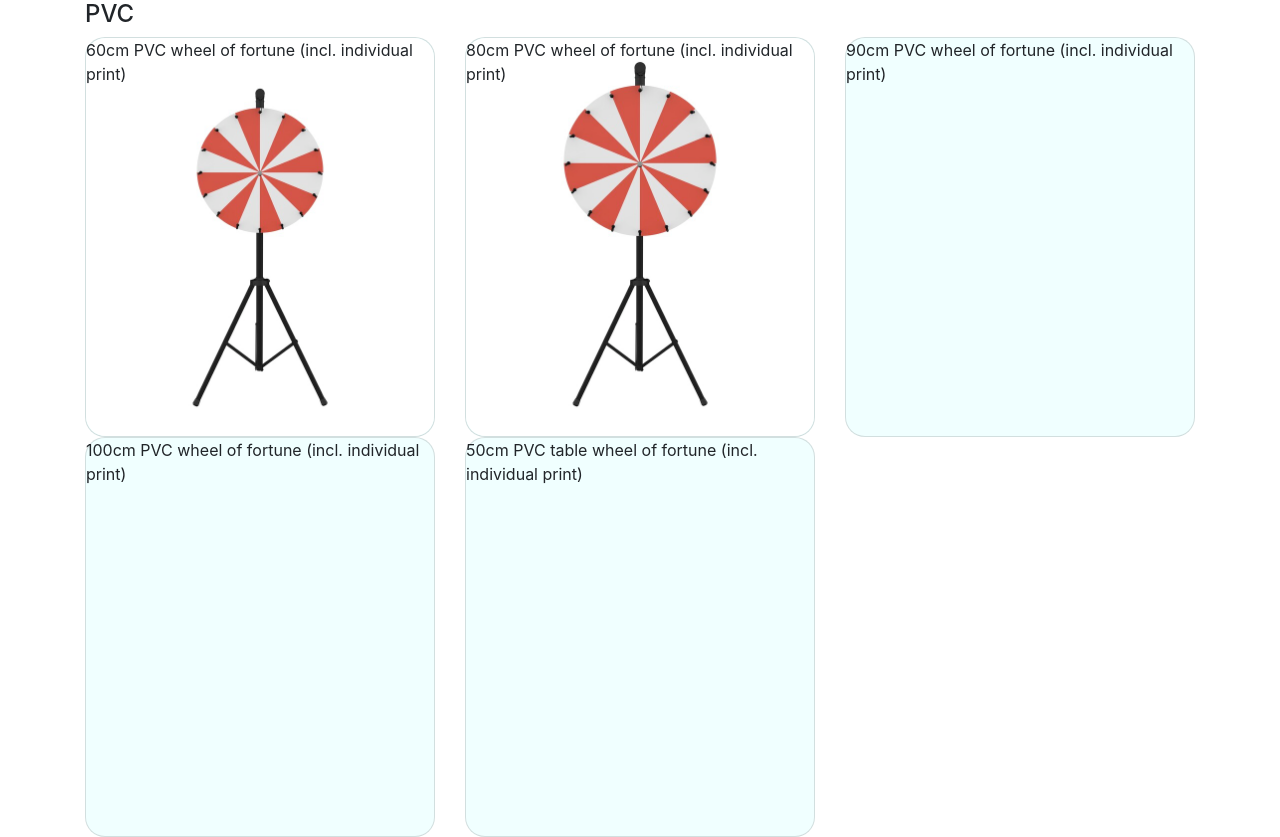
Repository: Awaisp-irfan/fahad-project
Page: pvc.html
These files come from the project's save history. The page is drawn as it stood at one moment and after the next save; the edit follows.
The browser window is 1280 px wide. The pictures show the whole page.

Above is the page before, as saved 2022-06-30 08:07:50.

After the next save:
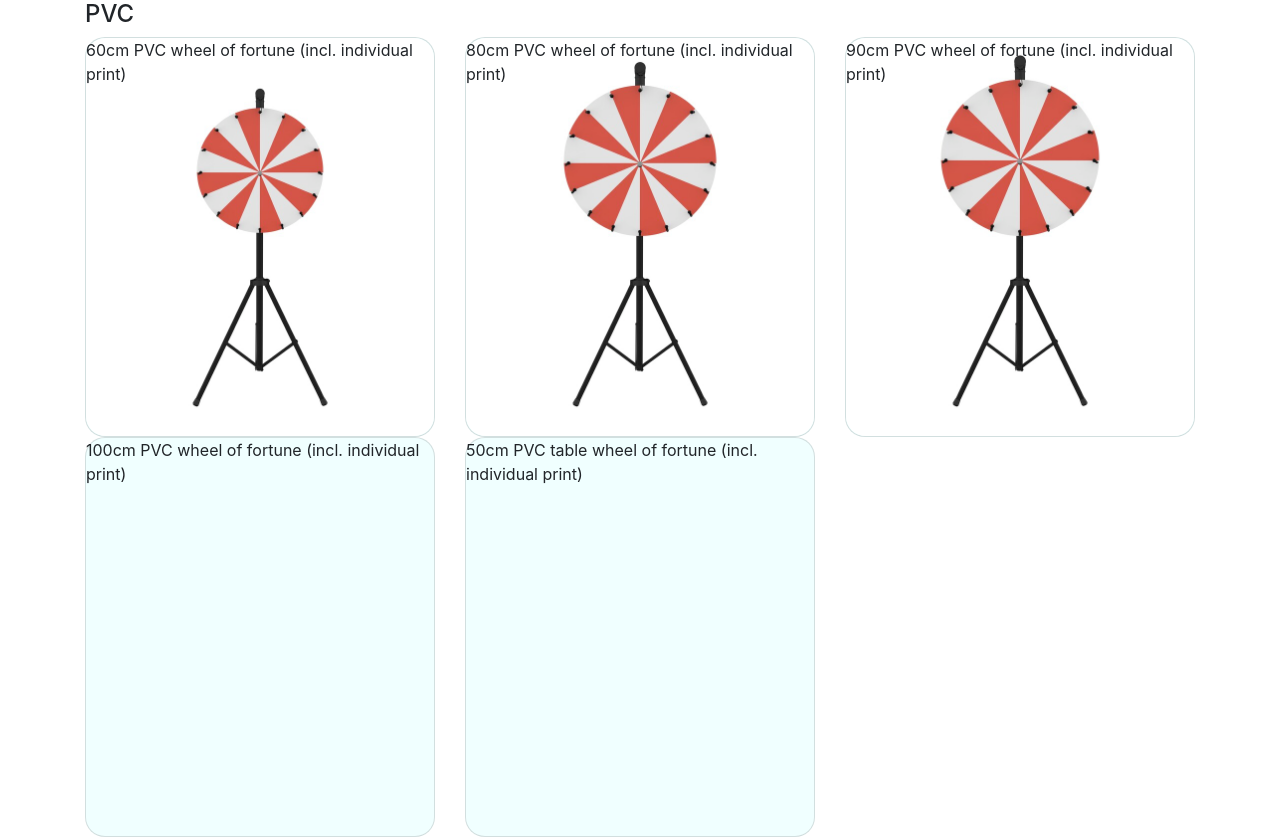
Saved 42 s later.
--- a/style.css
+++ b/style.css
@@ -52,3 +52,13 @@
     height: 100%;
     border-radius: 20px;
 }
+
+.cm90{
+    background: url(./assests/90cm\ PVC.jpg);
+
+    background-size: cover;
+    background-position: center;
+    background-repeat: no-repeat;
+    height: 100%;
+    border-radius: 20px;
+}
